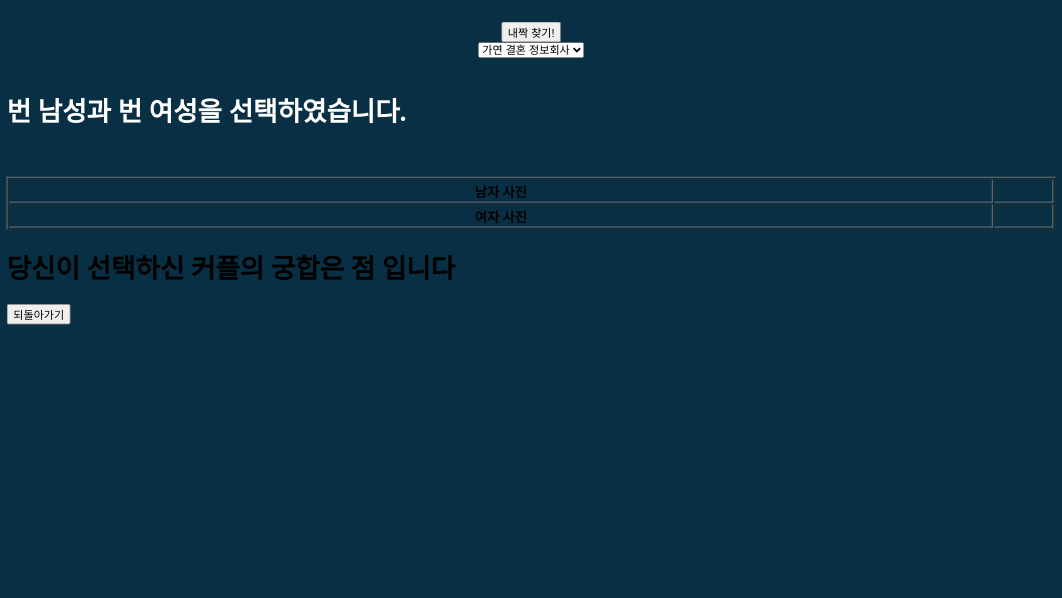
Repository: trapezer84/JSP
Page: http://localhost/AEA_Assignment/list.jsp
These files come from the project's save history. The page is drawn as it stood at one moment and after the next save; the edit follows.
The browser window is 1280 px wide. The pictures show the whole page, at 83% of full size.
The page is served by Tomcat 9. Other server files are loaded and not shown. The template is opened directly, without the code that normally fills it, so the values that code supplies are empty.

Above is the page before, as saved 2016-02-05 00:25:29.

### AEA_Assignment/WebContent/list.jsp
<%@ page language="java" contentType="text/html; charset=UTF-8"
	pageEncoding="UTF-8"%>
<%@ taglib prefix="c" uri="http://java.sun.com/jsp/jstl/core"%>
<!DOCTYPE html>
<html>
<head>
<meta http-equiv="Content-Type" content="text/html; charset=UTF-8">
<title>궁합 결과</title>
</head>
<body bgcolor="#082f43" padding="440px">

	<br />
	<div align="center">
		<form method="post" action="" id="marryme">
			<button type="button" onclick="alert('잘 생각 하셨습니다!')">내짝 찾기!</button>
		</form>
	</div>

	<div align="center">
		<select name="carlist" form="marryme">
			<option value="pageA">가연 결혼 정보회사</option>
			<option value="pageB">결혼해 듀오</option>
			<option value="pageC">디노블 결혼회사</option>
			<option value="pageD">기연이의 블로그</option>
		</select>
	</div>

	<br />
	<h1 style="color: white">

	<span style="color:red">${ man }</span>번 남성과 <span style="color:red"> ${ woman }</span>번 여성을 선택하였습니다.</h1>

	<br />
	<br />


	<table border="1" style="width: 100%">
		<tr>
			<th>남자 사진</th>
			<td><c:if test="${man == 1 }">
					<img
						src="http://www.fashionseoul.com/wp-content/uploads/2014/02/20140203_TNGT_LeeJinWook-1.jpg"
						width="242" height="300" />
				</c:if> <c:if test="${man == 2 }">
					<img
						src="https://s-media-cache-ak0.pinimg.com/236x/2a/0d/40/2a0d40b832ada4ad59a0372a74af5a98.jpg"
						width="242" height="300" />
				</c:if> <c:if test="${man == 3 }">
					<img
						src="http://www.justmedia.co.kr/news/photo/201512/1105_809_2311.jpg"
						width="242" height="300" />
				</c:if> <c:if test="${man == 4 }">
					<img
						src="http://pds.joins.com/news/component/osen/201106/14/201106141123772500_1.jpg"
						width="242" height="300" />
				</c:if></td>
		</tr>

		<tr>
			<th>여자 사진</th>
			<td>
				<c:if test="${woman == 1 }">
					<img
						src="http://thestar.chosun.com/site/data/img_dir/2011/02/18/2011021800649_0.jpg"
						width="242" height="300" />
				</c:if> <c:if test="${woman == 2 }">
					<img
						src="http://www.iworldtoday.com/news/photo/201602/185426_59589_165.jpg"
						width="242" height="300"/>
				</c:if> <c:if test="${woman == 3 }">
					<img
						src="http://img.etoday.co.kr/pto_db/2015/07/600/20150729095216_684468_656_870.jpg"
						width="242" height="300" />
				</c:if> <c:if test="${woman == 4 }">
					<img
						src="https://file2.instiz.net/data/file2/2015/11/19/1/3/3/1331ca94dce6692b630b56d3acc72d41.jpg"
						width="242" height="300"/>
				</c:if>
			</td>
		</tr>

	</table>


	<div>
		<h1> 당신이 선택하신 커플의 궁합은 ${ score }점 입니다 </h1>
	</div>

	<div>
		<a href="./index.jsp"> <input type="button" value="되돌아가기" />
		</a>
	</div>

</body>
</html>

After the next save:
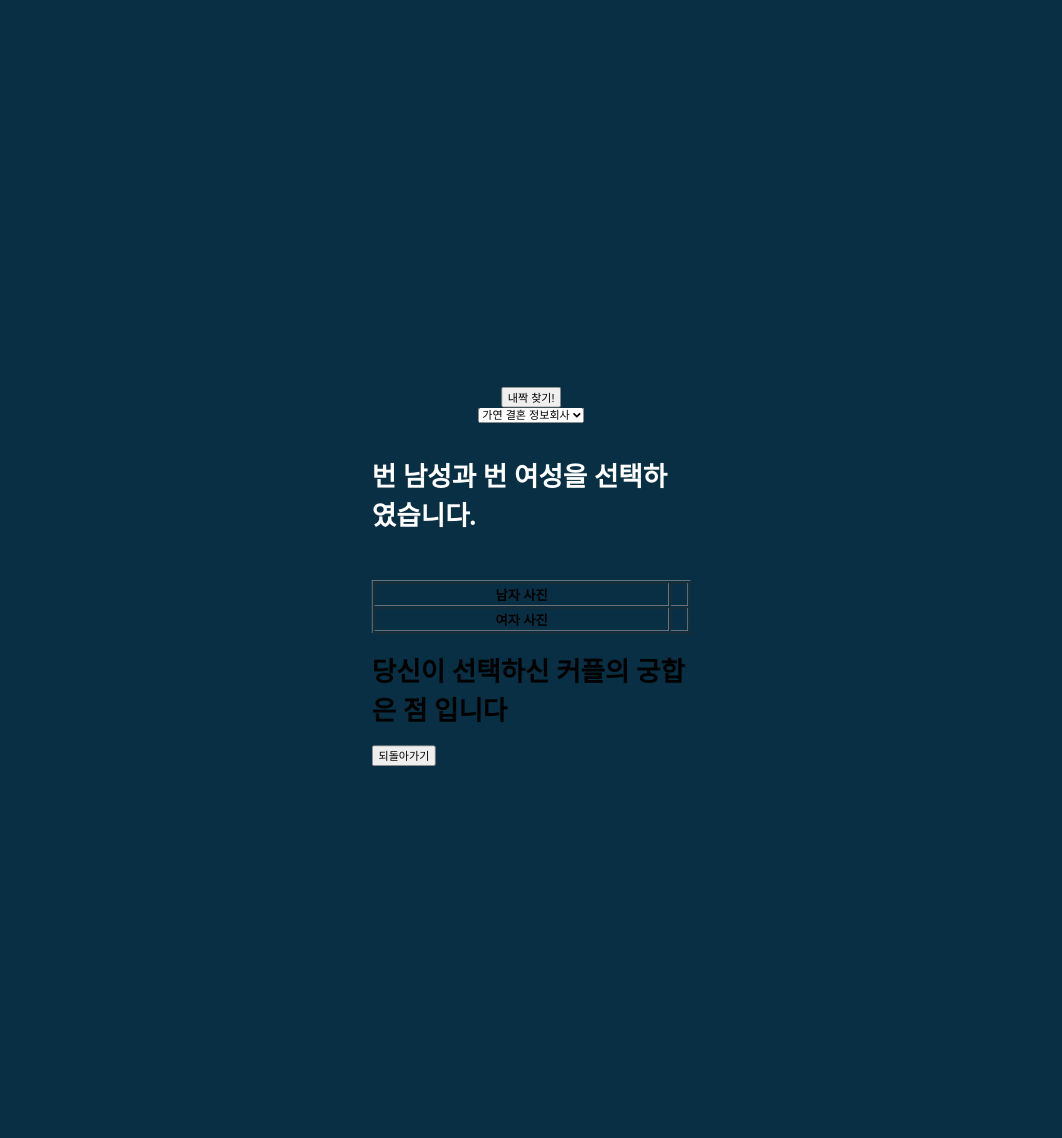
Saved 45 s later.
--- a/AEA_Assignment/WebContent/list.jsp
+++ b/AEA_Assignment/WebContent/list.jsp
@@ -7,7 +7,7 @@
 <meta http-equiv="Content-Type" content="text/html; charset=UTF-8">
 <title>궁합 결과</title>
 </head>
-<body bgcolor="#082f43" padding="440px">
+<body bgcolor="#082f43" style ="padding:440px">
 
 	<br />
 	<div align="center">
